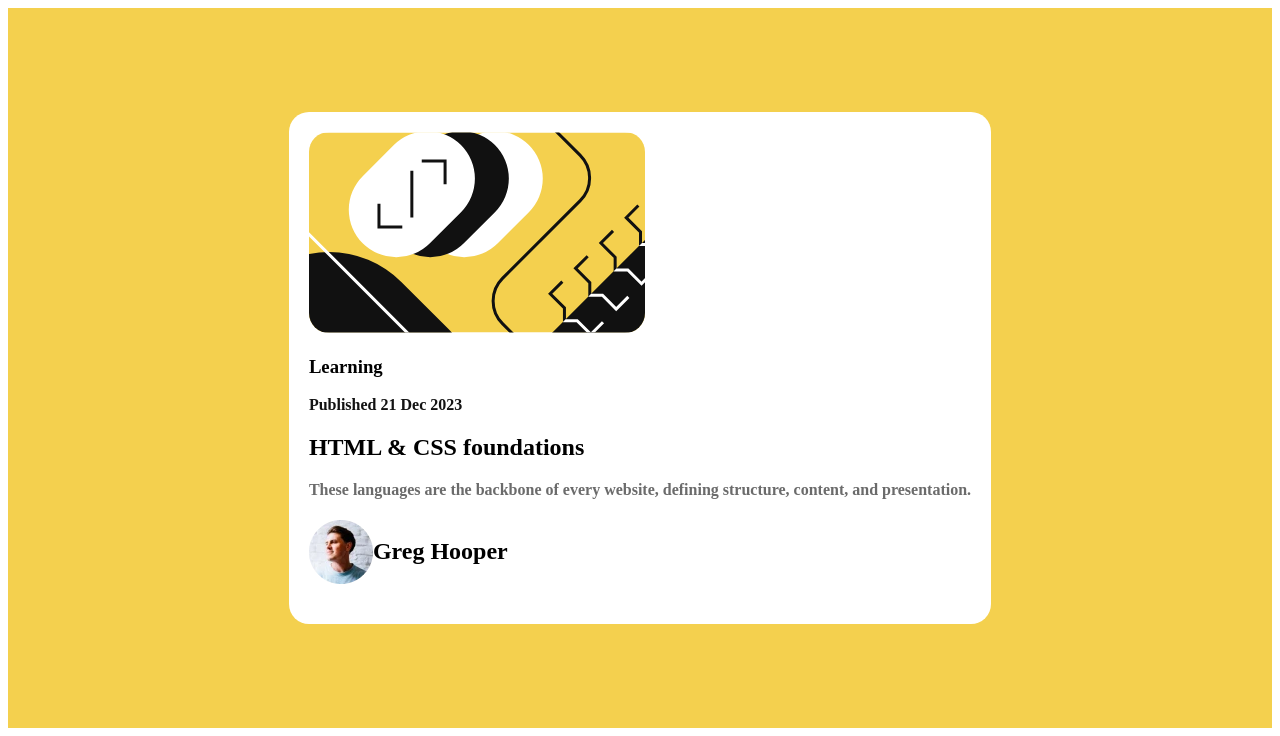
Repository: reemoon-ctrl/blog-preview-card
Page: index.html
The author's editor kept a copy of each file at every save. The page is drawn from the files as they stood at one save, then again after the next save.
The browser window is 1280 px wide. The pictures show the whole page.

Above is the page before, as saved 2024-07-19 14:33:19.

After the next save:
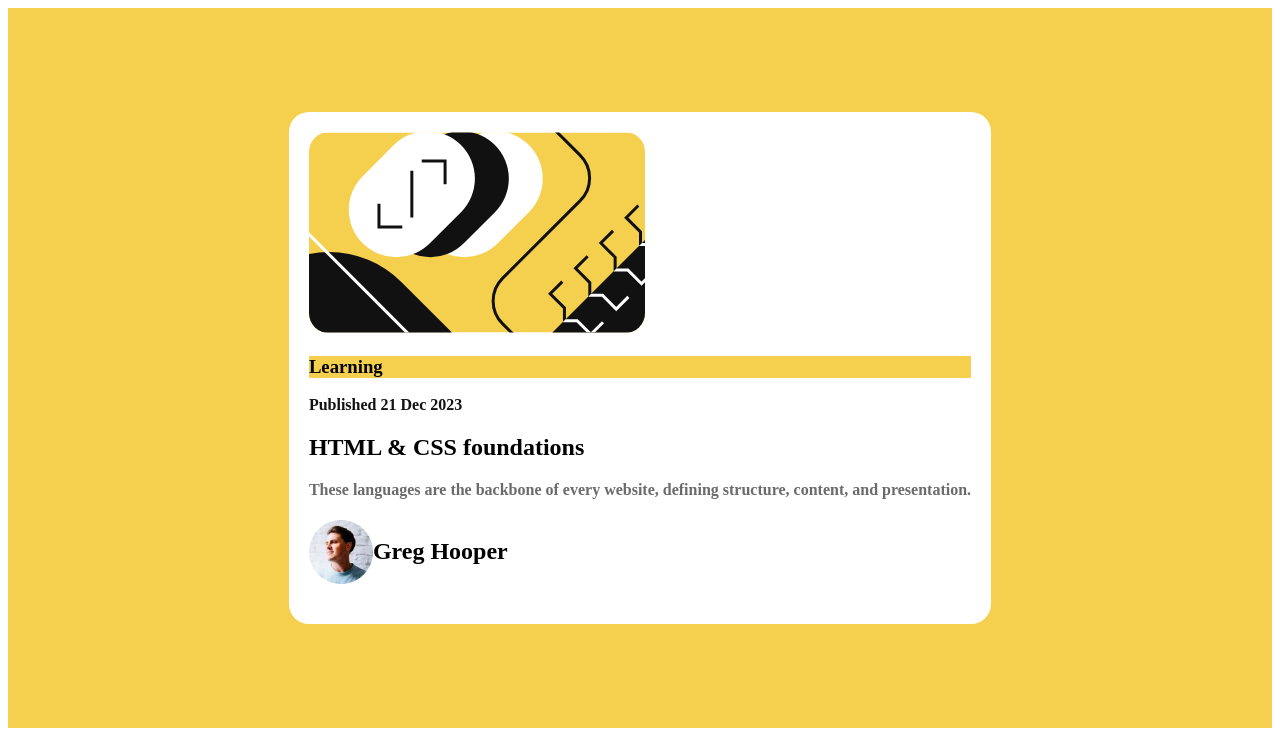
Saved 46 s later.
--- a/index.css
+++ b/index.css
@@ -21,6 +21,7 @@
 }
 
 .blog-category{
+    background-color: hsl(47, 88%, 63%);
 
 
 }
